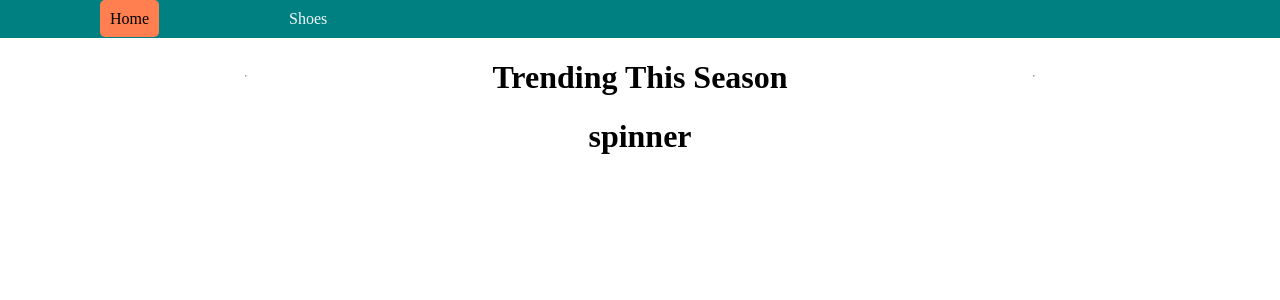
Repository: SalehK98/shop_app
Page: /
The author's editor kept a copy of each file at every save. The page is drawn from the files as they stood at one save, then again after the next save.
The browser window is 1280 px wide. The pictures show the whole page.
The page's requests for data from a server got no answer. The project was rebuilt for these pictures with package versions that can differ from the ones it lists, and the page was loaded fresh each time. No one was signed in, and anything a server would have sent is missing. Also part of the build but not shown: src/components/ShoeCard/ShoeCard.jsx, src/pages/Shoes/Shoes.jsx, src/pages/Shoe/Shoe.jsx, src/pages/Error/Error.jsx. Imported but missing from the stored project, and not drawn on this page: src/assets/video/preview.mp4.

Above is the page before, as saved 2023-02-28 11:20:29.

After the next save:
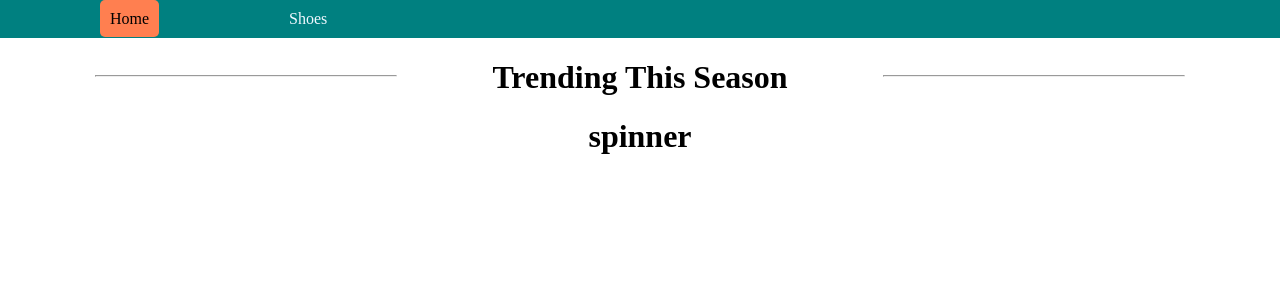
Saved 5 s later.
--- a/src/pages/Home/Home.jsx
+++ b/src/pages/Home/Home.jsx
@@ -53,9 +53,9 @@ export default function Home() {
       /> */}
       {/* {playVideo()} */}
       <h1 style={{ display: "flex", textAlign: "center  " }}>
-        <hr width="vw" style={{ height: "0" }} />
+        <hr width="300vw" style={{ height: "0" }} />
         Trending This Season
-        <hr width="vw" style={{ height: "0" }} />
+        <hr width="300vw" style={{ height: "0" }} />
       </h1>
 
       {data ? (
